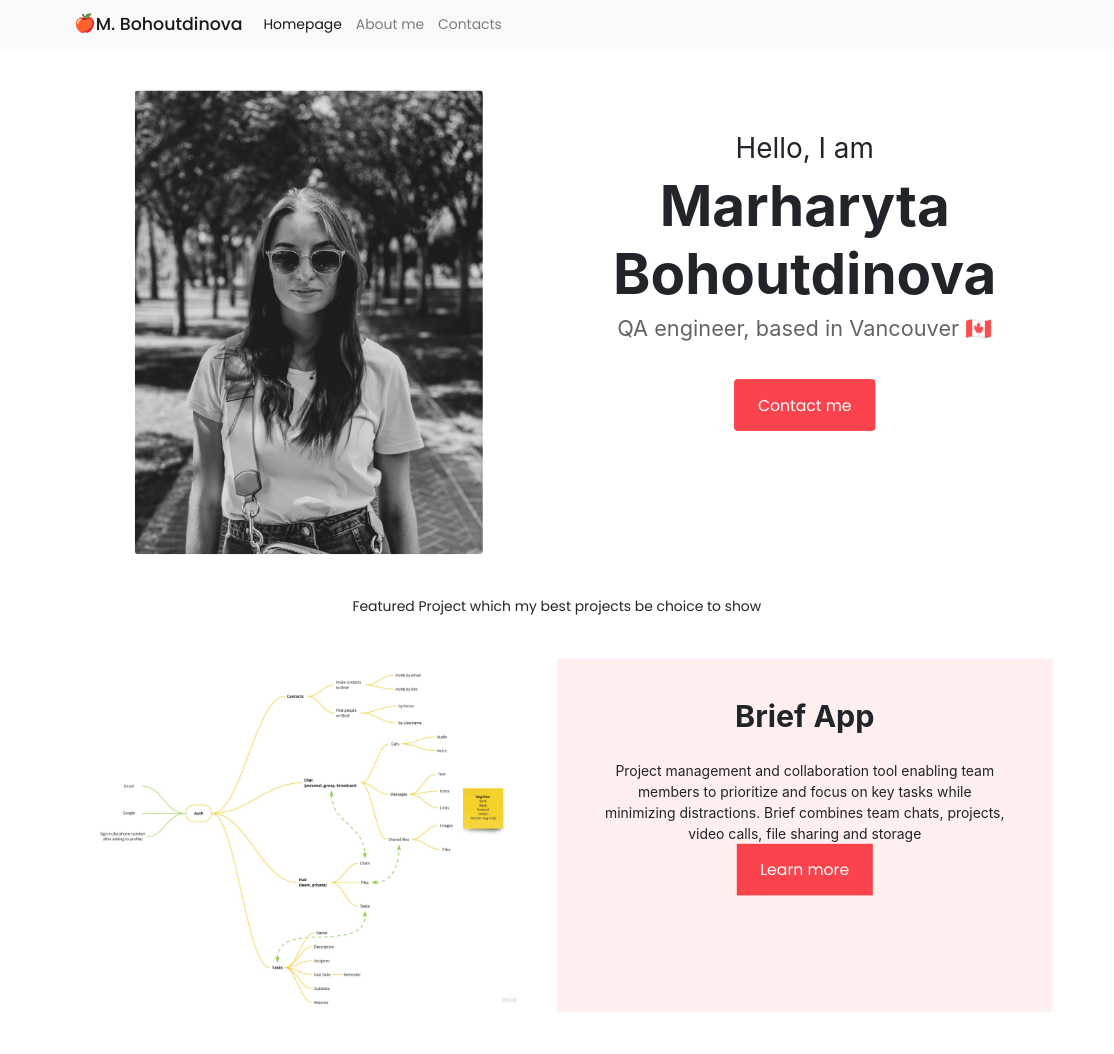
Repository: Bohoutdinova/Portfolio_week-4
Page: index.html
An editor plug-in stored every save of this project. The page is shown before and after the next save, followed by the edit.
The browser window is 1280 px wide. The pictures show the whole page, at 87% of full size.

Above is the page before, as saved 2022-08-11 18:53:23.

After the next save:
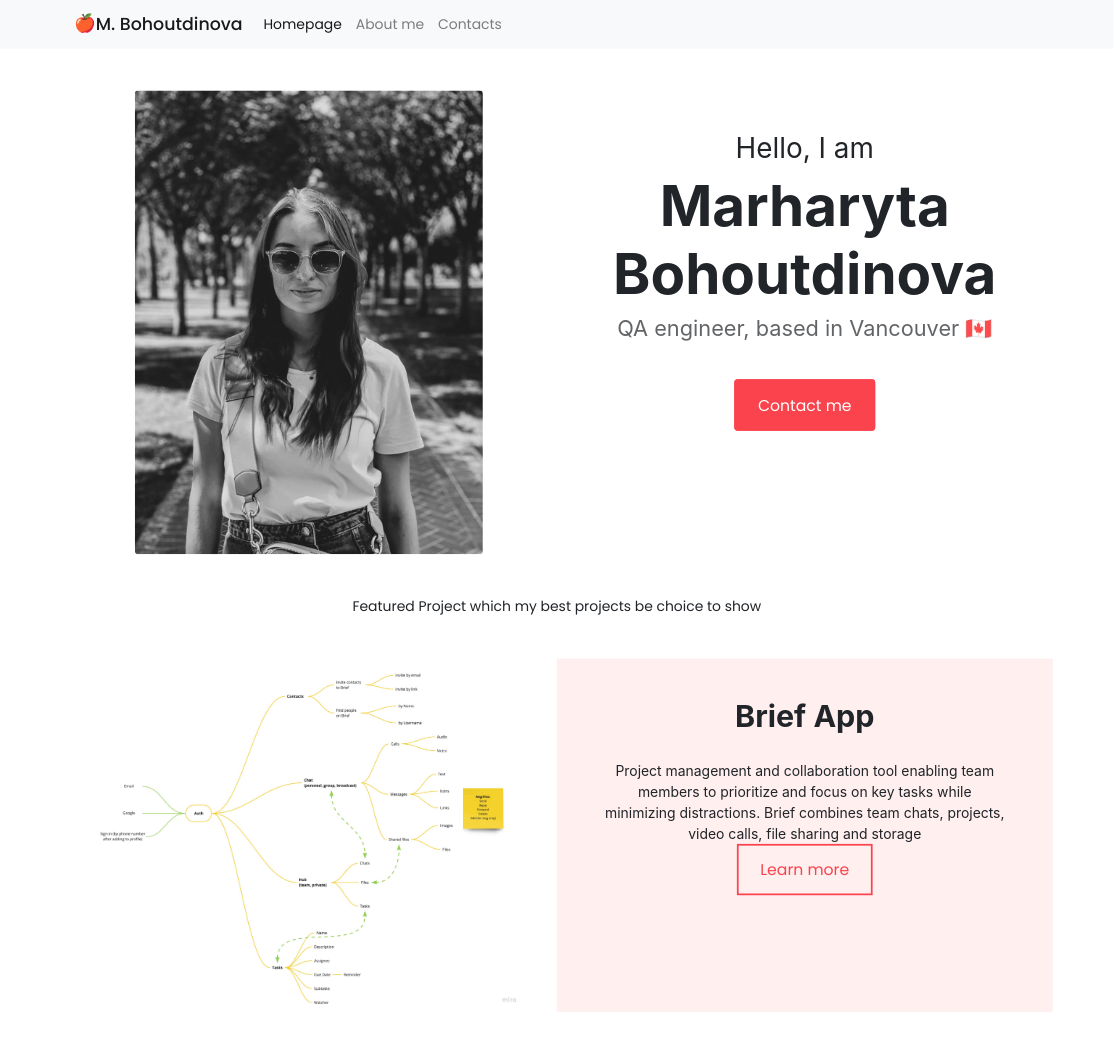
Saved 6 s later.
--- a/src/style.css
+++ b/src/style.css
@@ -91,8 +91,6 @@ img {
   text-decoration: none;
   font-family: var(--main-family-font);
   padding: 15px 25px;
-  background-color: var(--main-color);
-  color: white;
   font-size: 18px;
   border: 2px solid var(--main-color);
 }
